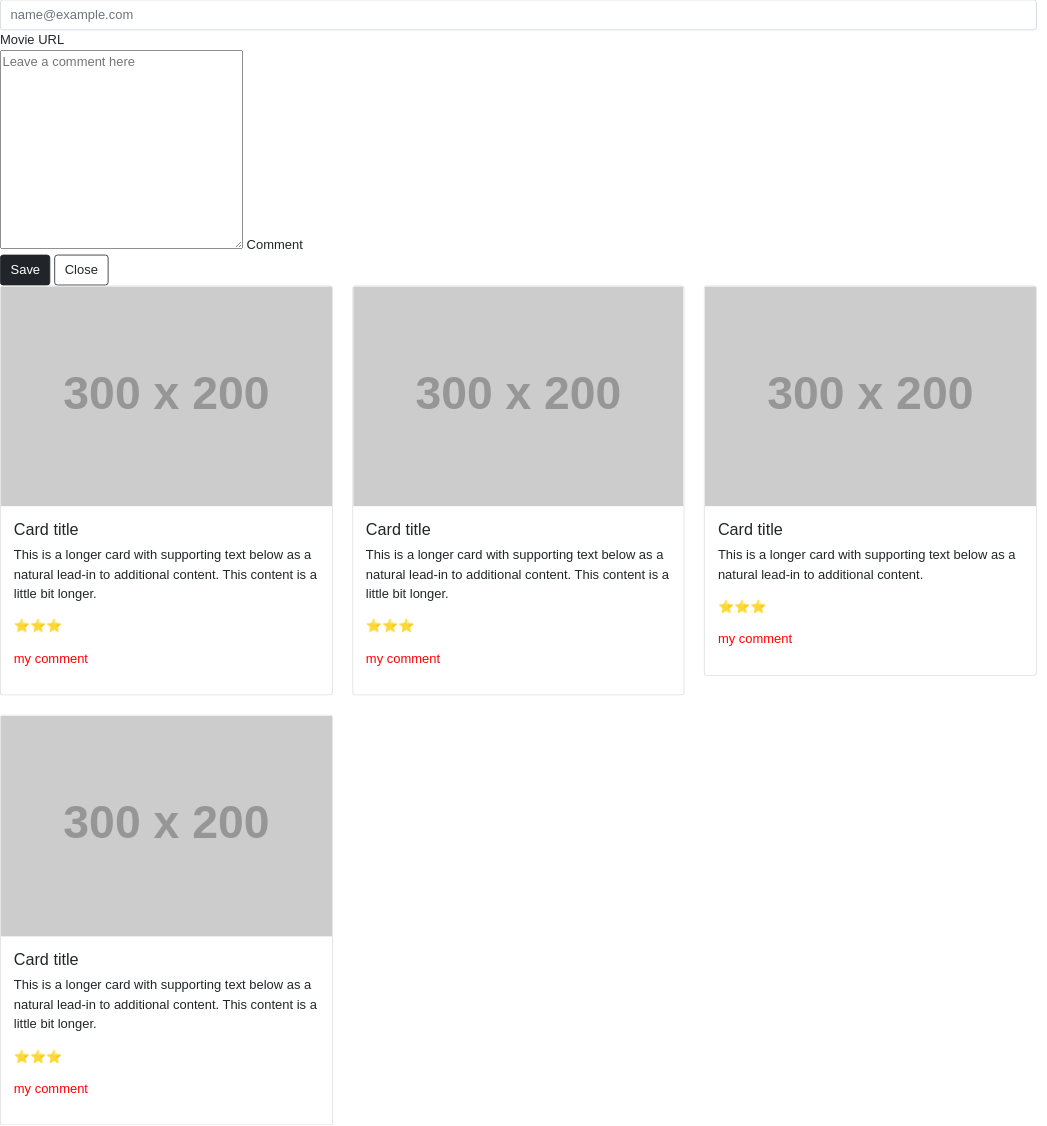
Repository: sinayaka-body/sparta
Page: frontend/bootstrap.html
These files come from the project's save history. The page is drawn as it stood at one moment and after the next save; the edit follows.
The browser window is 1280 px wide. The page is 1292 px wide, so the pictures cover 1292 px, including what lies to the right of the window. The pictures show the part of the page from y = 250 to 1665 px (the page is 1640 px tall before and 1665 px after), at 81% of full size.
Some web fonts or font styles are not loaded; a fallback is used.

Above is the page before, as saved 2023-04-15 16:33:00.

After the next save:
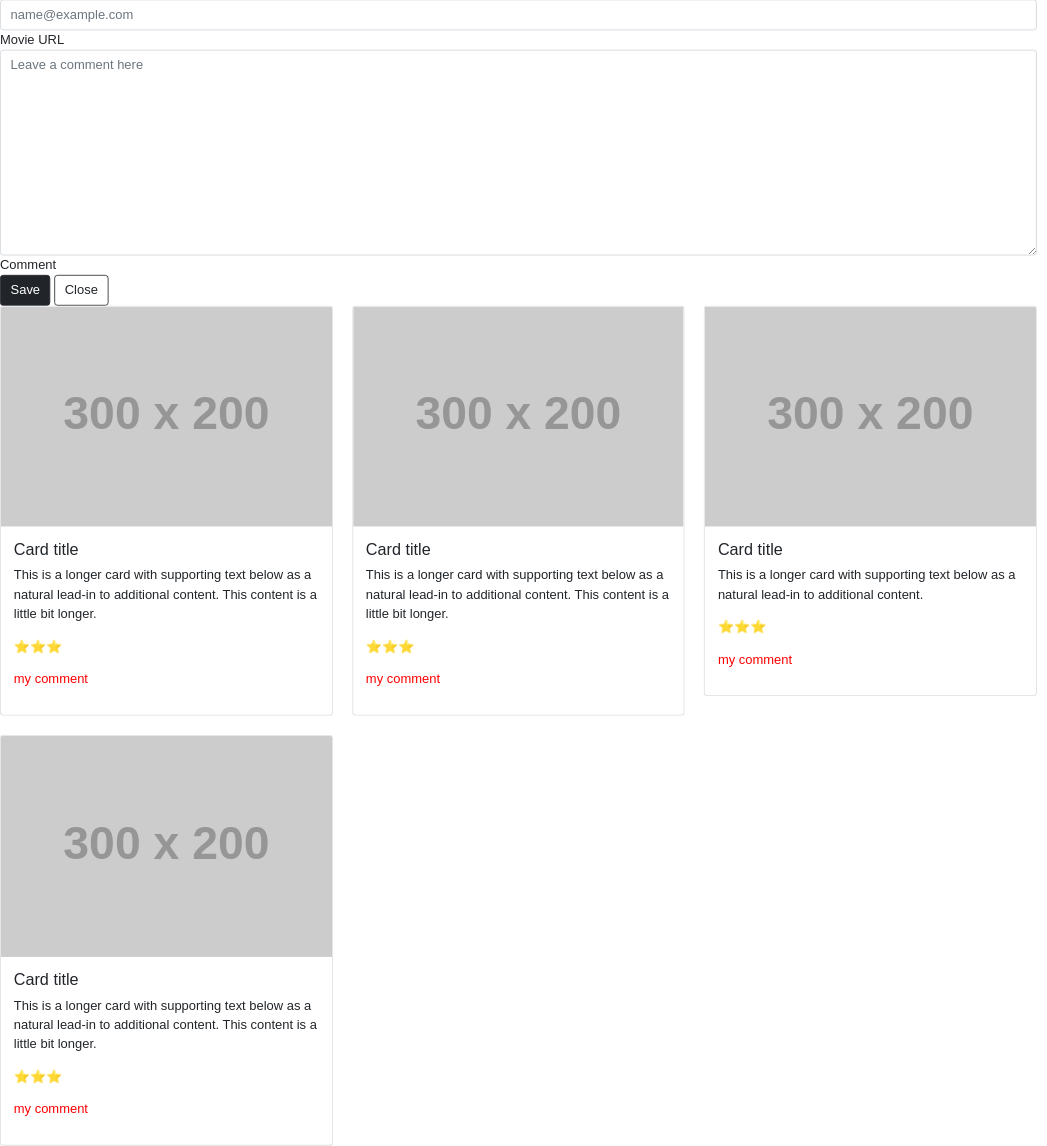
Saved 16 s later.
--- a/frontend/bootstrap.html
+++ b/frontend/bootstrap.html
@@ -64,7 +64,7 @@
         <label for="floatingInput">Movie URL</label>
       </div>
       <div class="review_post_comment">
-        <textarea placeholder="Leave a comment here" name="" id="" cols="30" rows="10"></textarea>
+        <textarea class="form-control" placeholder="Leave a comment here" name="" id="" cols="30" rows="10"></textarea>
         <label for="floatingTextarea2">Comment</label>
       </div>
       <div class="review_post_btn">
